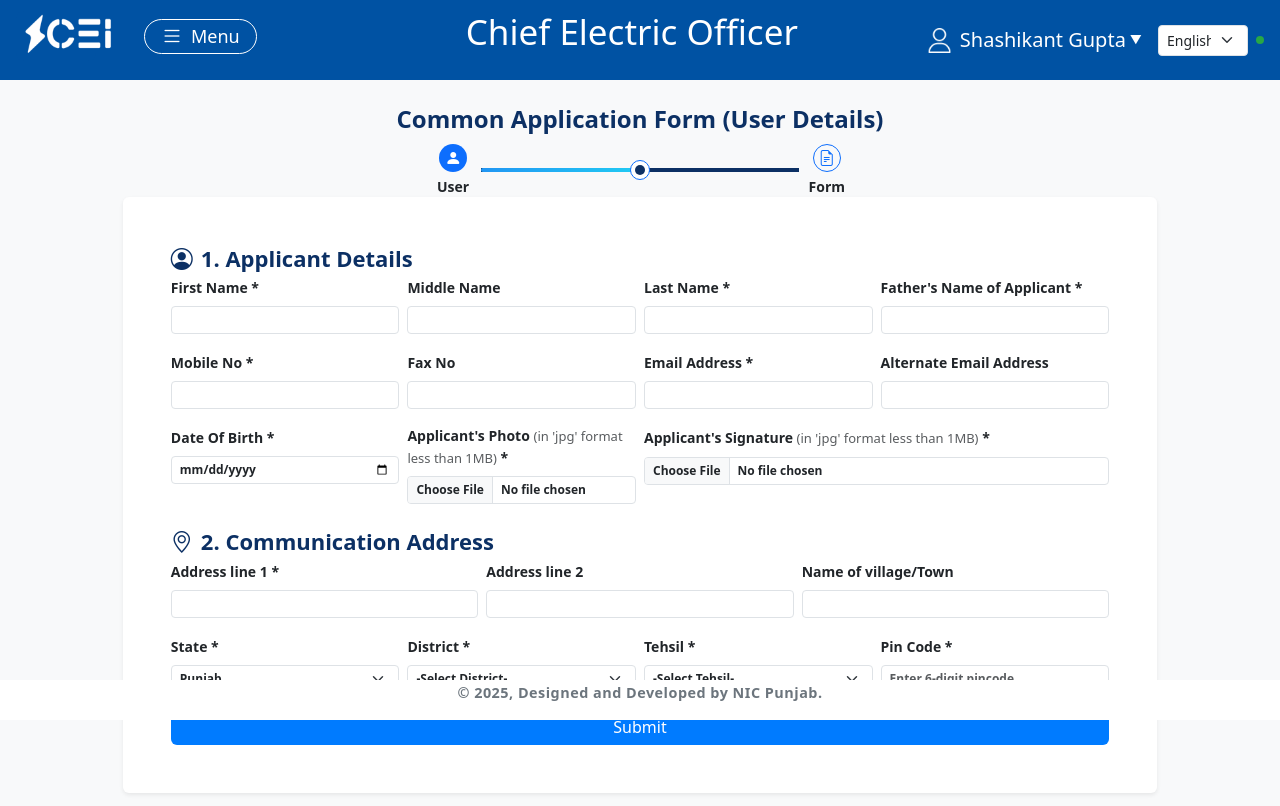
Repository: shashikantdev93-gif/CEI-sept
Page: /RegisterationForm
The author's editor kept a copy of each file at every save. The page is drawn from the files as they stood at one save, then again after the next save.
The browser window is 1280 px wide. The pictures show the whole page.
The page's requests for data from a server got no answer. The project was rebuilt for these pictures with package versions that can differ from the ones it lists, and the page was loaded fresh each time. No one was signed in, and anything a server would have sent is missing. Also part of the build but not shown: vite.config.ts, src/styles/sidebar-zoom.css, src/components/PageComponent/Sidebar.tsx, src/components/PageComponent/Header2.tsx, src/components/PageComponent/PageHeader.tsx, src/components/Illustration/Illustration.tsx, src/components/CardContainer/CardContainer.tsx, src/hooks/useFormValidation.ts and 8 more. Imported but missing from the stored project, and not drawn on this page: src/components/ui.

Above is the page before, as saved 2025-07-28 08:51:22.

After the next save:
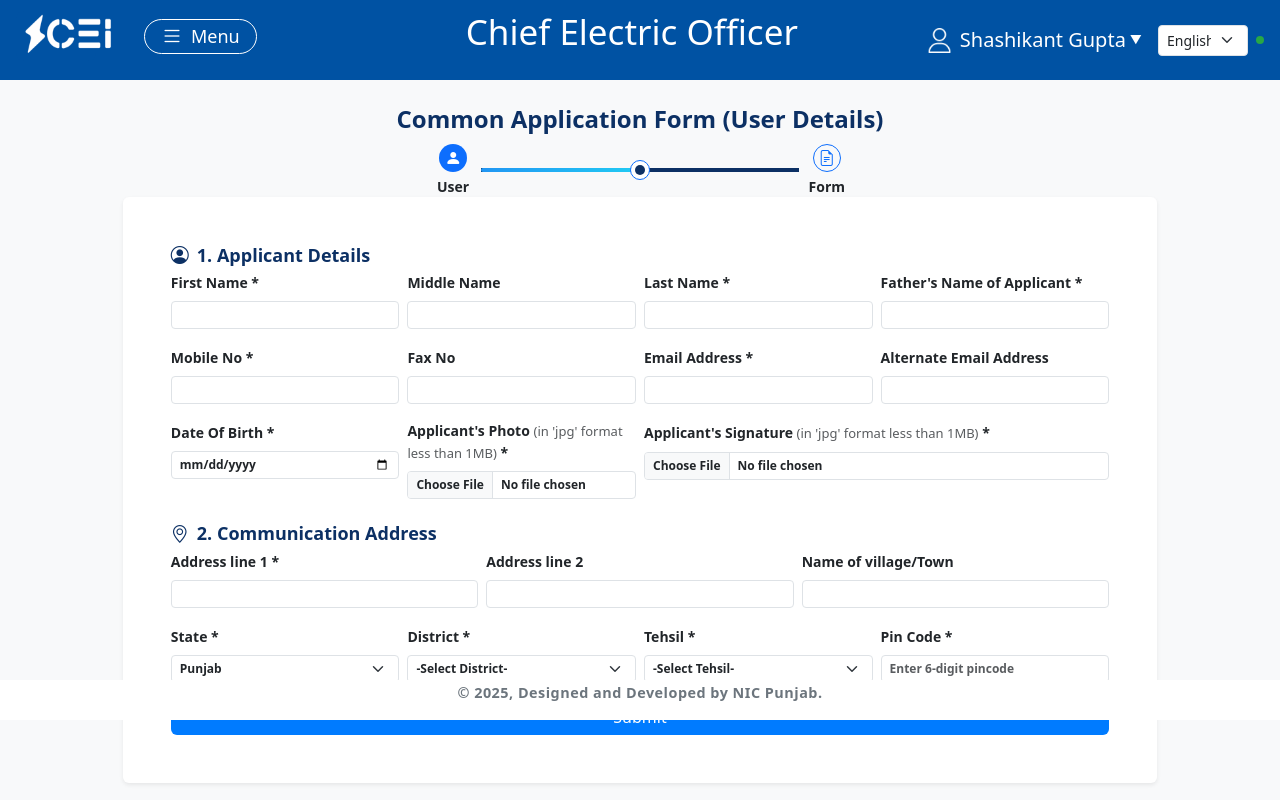
Saved 21 s later.
--- a/src/styles/main.css
+++ b/src/styles/main.css
@@ -92,7 +92,7 @@
 }
 
 .registeration-bg h6 {
-  font-size: 22px !important;
+  font-size: 18px !important;
   font-weight: 700 !important;
 }
 
